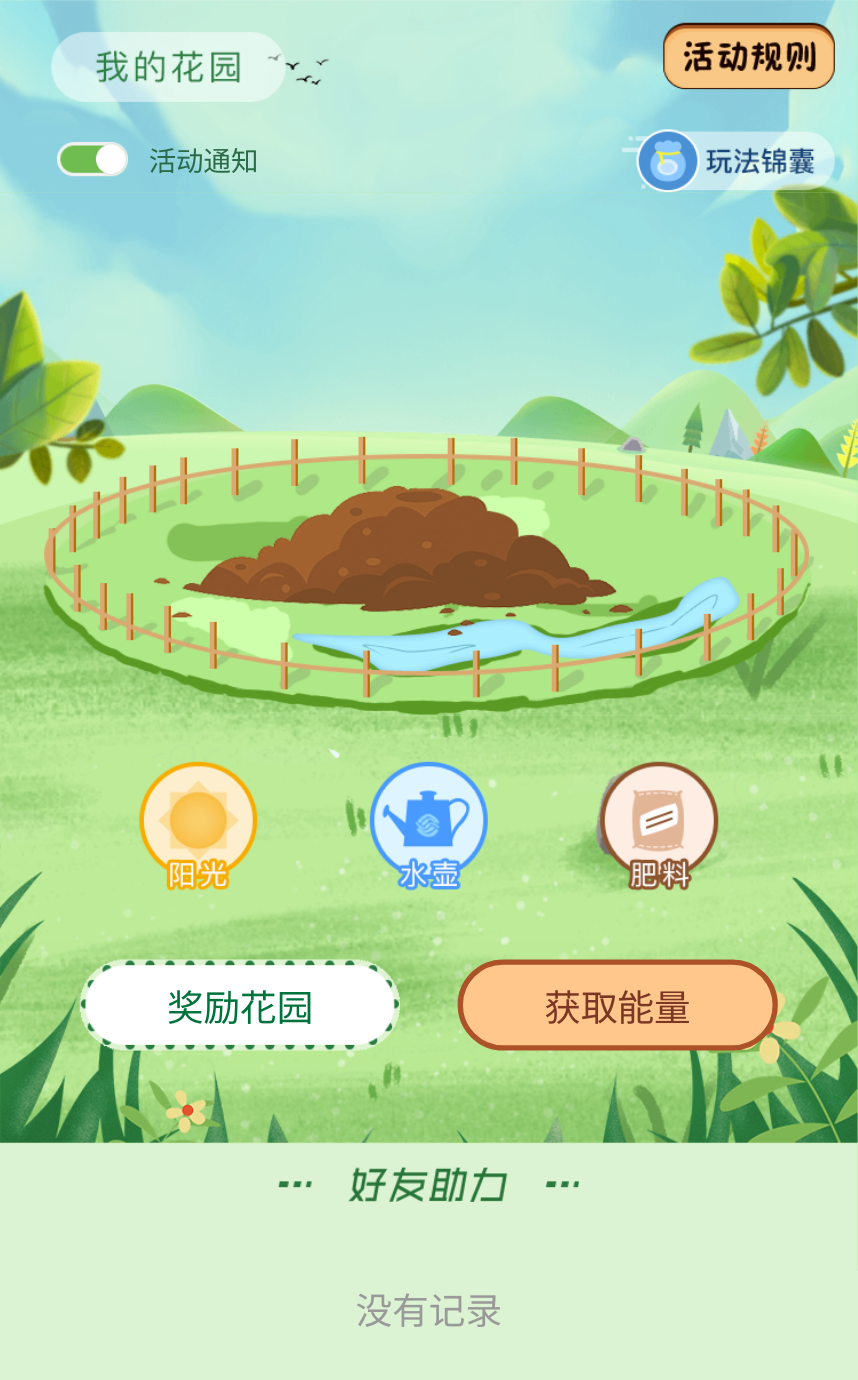
Repository: wangbiaozy/zh
Page: index.html
The author's editor kept a copy of each file at every save. The page is drawn from the files as they stood at one save, then again after the next save.
The browser window is 1280 px wide. The pictures show the whole page, at 67% of full size.

Above is the page before, as saved 2019-03-15 19:01:38.
Console error: TypeError: Cannot read properties of undefined (reading 'style')

After the next save:
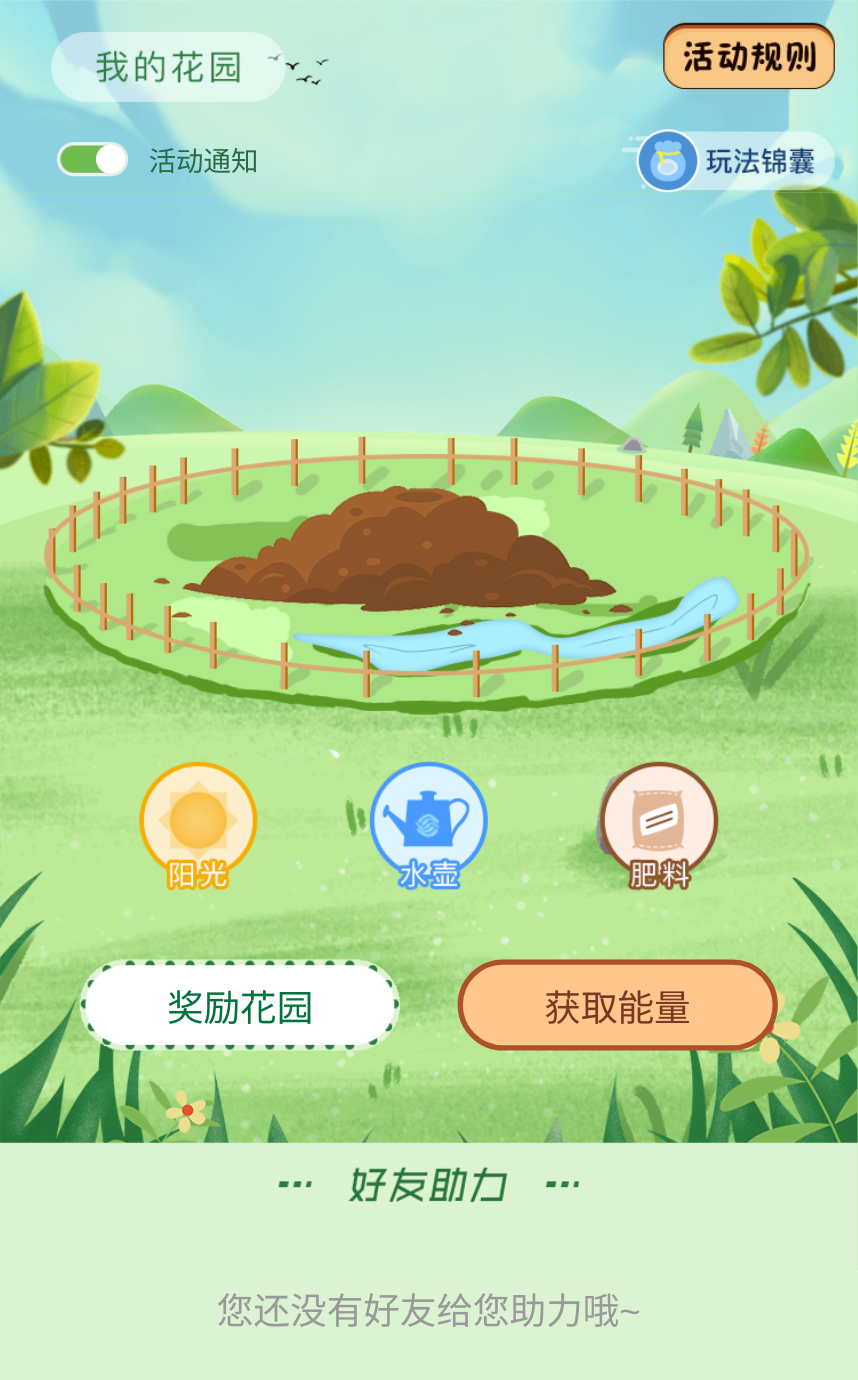
Saved 24 s later.
--- a/index.html
+++ b/index.html
@@ -146,7 +146,7 @@
         <div>
             <h3></h3>
             <ul>
-                <p>没有记录</p>
+                <p>您还没有好友给您助力哦~</p>
                 <!-- <li>
                     <div>
                         <img src="./images/fri_default.png" alt="">
